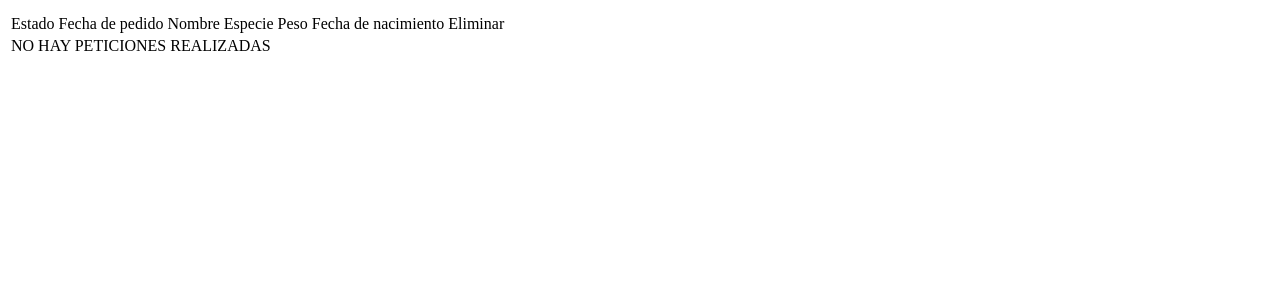
Repository: jorgesanchezfernandez/CodePortfolio
Page: http://localhost/Perrera/eliminarPeticion.jsp
The author's editor kept a copy of each file at every save. The page is drawn from the files as they stood at one save, then again after the next save.
The browser window is 1280 px wide. The pictures show the whole page.
The page is served by Tomcat 9. Other server files are loaded and not shown.

Above is the page before, as saved 2006-05-04 15:29:21.

### Java & Javascript/Web/Perrera/WebContent/eliminarPeticion.jsp
<?xml version="1.0" encoding="ISO-8859-1" ?>
<%@ page language="java" contentType="text/html; charset=ISO-8859-1"
    pageEncoding="ISO-8859-1" import="java.util.*,Perrera.*" %>
<!DOCTYPE html PUBLIC "-//W3C//DTD XHTML 1.0 Transitional//EN" "http://www.w3.org/TR/xhtml1/DTD/xhtml1-transitional.dtd">
<html xmlns="http://www.w3.org/1999/xhtml">
<head>
<meta http-equiv="Content-Type" content="text/html; charset=ISO-8859-1" />
<title>Insert title here</title>
</head>
<body>
<%
	String numSerie = request.getParameter("numSerie");
	LineaPeticion sessionPeticiones = null;
	System.out.println("Inicio de la eliminacion");
	if(numSerie!=null && numSerie.length()>0)
	{
		sessionPeticiones = (LineaPeticion)session.getAttribute("session.peticiones");
		System.out.println("Entro en numSerie");
		if(sessionPeticiones != null)
		{
			System.out.println("encuentra la sesion");
			Animal animal=AnimalStore.getInstance().getAnimal(numSerie);
			IPetProcesor petPros=new PetProcesor();

			petPros.eliminarPeticion(animal,sessionPeticiones);
		}
	}
%>
<div>
	<jsp:include page="LineaPeticiones.jsp?botones=0"  />
</div>

</body>
</html>

### Java & Javascript/Web/Perrera/WebContent/LineaPeticiones.jsp
<?xml version="1.0" encoding="ISO-8859-1" ?>
<%@ page language="java" contentType="text/html; charset=ISO-8859-1"
    pageEncoding="ISO-8859-1" import="java.util.*,Perrera.*" %>
<!DOCTYPE html PUBLIC "-//W3C//DTD XHTML 1.0 Transitional//EN" "http://www.w3.org/TR/xhtml1/DTD/xhtml1-transitional.dtd">
<html xmlns="http://www.w3.org/1999/xhtml">
<head>
<meta http-equiv="Content-Type" content="text/html; charset=ISO-8859-1" />
<title>Peticiones realizadas</title>
</head>
<body>
	<table>
		<tr>
			<td colspan="7"></td>
		</tr>
		<tr>
			<td>Estado</td><td>Fecha de pedido</td><td>Nombre</td><td>Especie</td><td>Peso</td><td>Fecha de nacimiento</td><td>Eliminar</td>
		</tr>
<%
		LineaPeticion sessionPeticiones = (LineaPeticion)session.getAttribute("session.peticiones");
		int contador=1;
		if(sessionPeticiones != null){
			List peticiones = sessionPeticiones.getPeticiones();
        	Iterator it = peticiones.iterator();
        	while (it.hasNext()) {
				Peticion pet= (Peticion) it.next();
				Animal animal = pet.getAnimal();
%>
				<tr>
						<td> <%=pet.getEstado() %> </td>
						<td> <%=pet.getFecha().toString()%> </td>
						<td> <%=animal.getNombre() %></td>
						<td> <%=animal.getEspecie() %></td>
						<td> <%=animal.getPeso() %></td>
						<td> <%=animal.getFechaNacimiento() %></td>
						<td> <a href="FrontController?respuesta=eliminarPeticion.jsp?numSerie=<%=animal.getNumSerie()%>"><img></a></td>
				</tr>
<%
			contador++;
			System.out.println(contador);
			System.out.println(LineaPeticion.MAX_PETICIONES);
			}
        }else{%>
			<tr>
					<td colspan='6'>
					NO HAY PETICIONES REALIZADAS
					</td>
			</tr>
    <%}
   if(contador>=LineaPeticion.MAX_PETICIONES){
    	%>
				<tr>
						<td colspan='6'>
							Maximo de peticiones alcanzadas.
						</td>
				</tr>
<% }else{
		if(!request.getParameter("botones").equals("0")){%>
				<tr>
						<td colspan='3'>
						<a href="FrontController?respuesta=confirmarPeticiones.jsp"><img></a>
						</td>
				</tr>
<%		}
	}%>
	</table>
</body>
</html>

### Java & Javascript/Web/Perrera/src/Perrera/IPetProcesor.java
package Perrera;

import java.util.List;
import java.util.LinkedList;
import java.util.Iterator;
import java.lang.Comparable;

public interface IPetProcesor {
	public void registraPeticion(Usuario usu, LineaPeticion lPet);
	public void eliminarPeticion(Animal animal,LineaPeticion lp);
}

### Java & Javascript/Web/Perrera/WebContent/Menu.html
<html>
<body>
	<table id="menu">
		<tr>
			<th>
				<a href="FrontController?respuesta=LineaPeticiones.jsp?botones=1">Peticiones realizadas</a>
			</th>
			<th>
				<a href="FrontController?respuesta=VistaAnimales.jsp">Vista de animales</a>
			</th>
			<th>
				<a href="FrontController?respuesta=VistaCentros.jsp">Vista de centros</a>
			</th>
		</tr>
	</table>


</body>
</html>

After the next save:
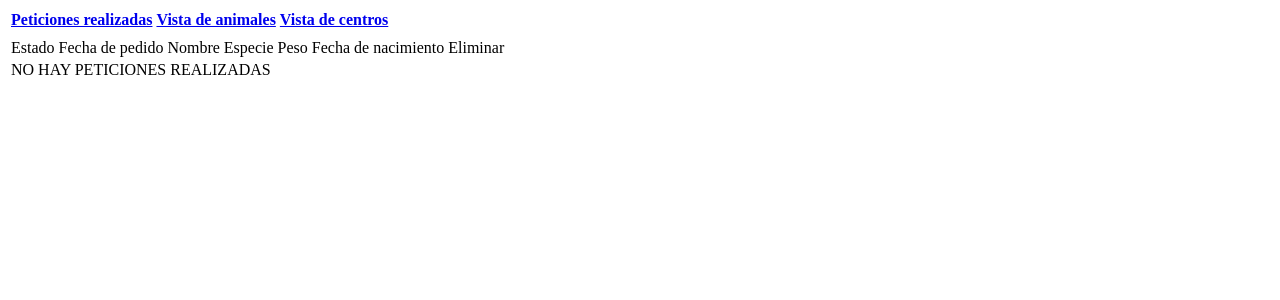
Saved 110 s later.
--- a/Java & Javascript/Web/Perrera/WebContent/eliminarPeticion.jsp
+++ b/Java & Javascript/Web/Perrera/WebContent/eliminarPeticion.jsp
@@ -27,6 +27,9 @@
 	}
 %>
 <div>
+	<jsp:include page="Menu.html"  />
+</div>
+<div>
 	<jsp:include page="LineaPeticiones.jsp?botones=0"  />
 </div>
 
